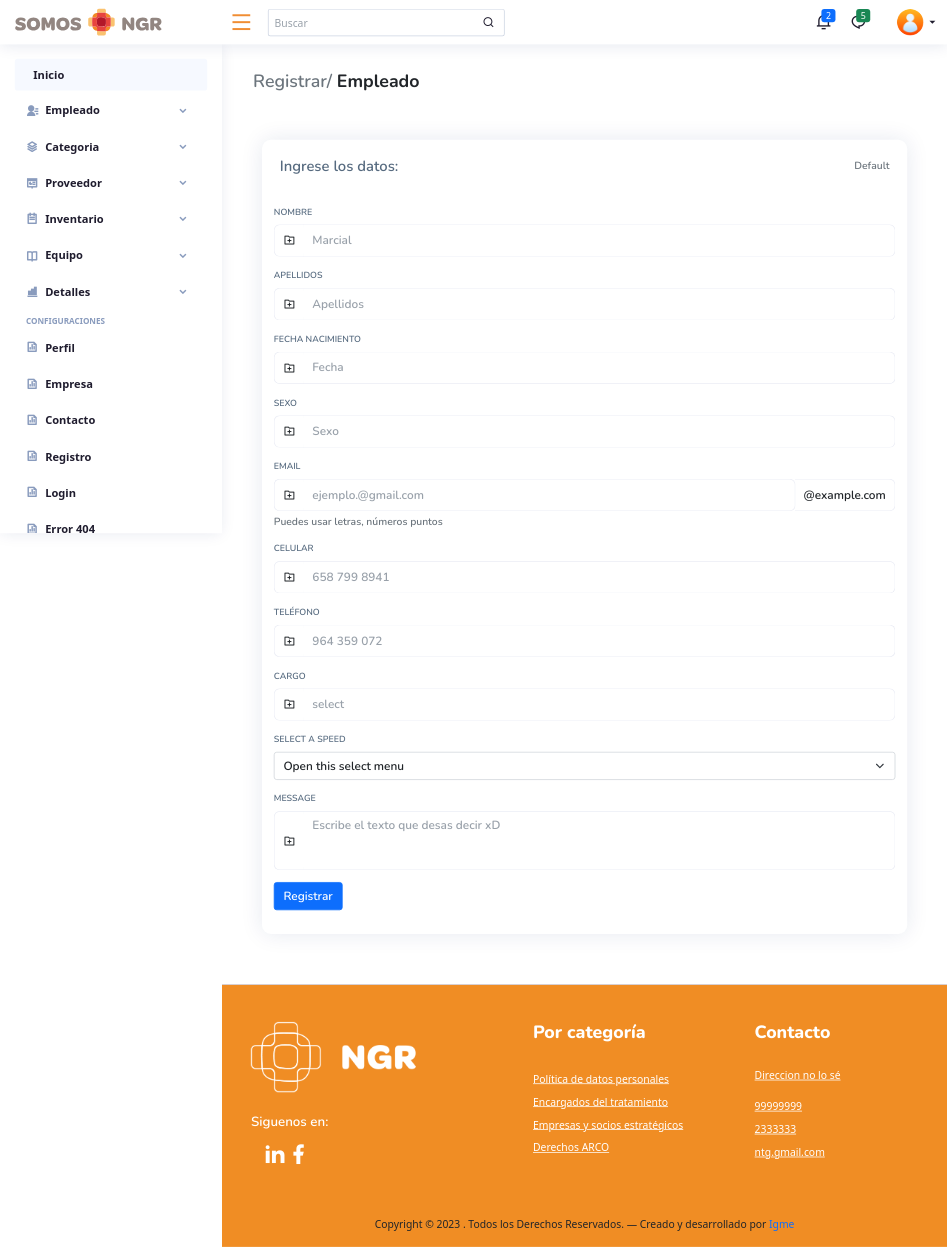
Repository: igmeMarcial/ProyectoLP-2023
Page: http://localhost/proyectoLP_2023/RegistrarEmpleado.jsp
The author's editor kept a copy of each file at every save. The page is drawn from the files as they stood at one save, then again after the next save.
The browser window is 1280 px wide. The pictures show the whole page, at 74% of full size.
Some web fonts or font styles are not loaded; a fallback is used. The page is served by Tomcat 9. Other server files are loaded and not shown. The template is opened directly, without the code that normally fills it, so the values that code supplies are empty.

Above is the page before, as saved 2023-03-23 18:41:15.

### proyectoLP_2023/WebContent/RegistrarEmpleado.jsp
<%@ page language="java" contentType="text/html; charset=ISO-8859-1"
    pageEncoding="ISO-8859-1"%>
<%@taglib uri="http://java.sun.com/jsp/jstl/core" prefix="c" %>
    <!-- para dar formato a las fechas -->
    <%@taglib uri="http://java.sun.com/jsp/jstl/fmt" prefix="fmt" %>
<!DOCTYPE >
<html>
	<head>
		<meta charset="UTF-8" />
		<meta http-equiv="X-UA-Compatible" content="IE=edge" />
		<meta name="viewport" content="width=device-width, initial-scale=1.0" />
		<link rel="stylesheet" type="text/css" href="./css/nuevoEmpleado.css" />
		<link rel="preconnect" href="https://fonts.googleapis.com" />
		<link rel="preconnect" href="https://fonts.gstatic.com" crossorigin />
		<link href="https://fonts.googleapis.com/css2?family=Playball&display=swap" rel="stylesheet" />

		<link rel="preconnect" href="https://fonts.googleapis.com" />
		<link rel="preconnect" href="https://fonts.gstatic.com" crossorigin />
		<link href="https://fonts.googleapis.com/css2?family=Nunito:ital,wght@0,600;0,700;0,800;1,700&display=swap" rel="stylesheet" />

		<link rel="preconnect" href="https://fonts.googleapis.com" />
		<link rel="preconnect" href="https://fonts.gstatic.com" crossorigin />
		<link href="https://fonts.googleapis.com/css2?family=Roboto:wght@300;400;500;700;900&display=swap" rel="stylesheet" />
		<link rel="stylesheet" type="text/css" href="./css/main.css" />
		<link href="https://cdn.jsdelivr.net/npm/bootstrap@5.0.2/dist/css/bootstrap.min.css" rel="stylesheet" integrity="sha384-EVSTQN3/azprG1Anm3QDgpJLIm9Nao0Yz1ztcQTwFspd3yD65VohhpuuCOmLASjC" crossorigin="anonymous" />
		<link href="https://cdn.jsdelivr.net/npm/remixicon@2.5.0/fonts/remixicon.css" rel="stylesheet" />

		<link rel="stylesheet" href="//code.jquery.com/ui/1.13.2/themes/base/jquery-ui.css">
		  <link rel="stylesheet" href="/resources/demos/style.css">
		  <script src="https://code.jquery.com/jquery-3.6.0.js"></script>
		  <script src="https://code.jquery.com/ui/1.13.2/jquery-ui.js"></script>
		  <script>
		  $( function() {
		    $( "#fechaNacimiento" ).datepicker();
		    $( "#menuSelect" ).selectmenu();
		  } );
		  </script>
		<title>Principal</title>
	</head>
	<body>
		<!-- ======= Header(Cabezera) ======= -->
		<header id="header" class="header fixed-top d-flex align-items-center">
			<div class="d-flex align-items-center justify-content-between">
				<a href="Main.jsp" class="logo d-flex align-items-center text-decoration-none">
					<img class="logoImg1 d-none d-lg-block" src="./img/logo-somosngr.svg" alt="" />
					<img class="logoImg2 d-block d-lg-none" src="./img/logo-ngr.png" alt="" />
					<span class="d-none d-lg-block"></span>
				</a>
				<i class="ri-menu-line toggle-sidebar-btn"></i>
			</div>
			<!-- Fin Logo -->
			<!-- Input para Buscar jeje-->
			<div class="search-bar">
				<form class="search-form d-flex align-items-center my-auto" method="POST" action="#">
					<input type="text" name="query" placeholder="Buscar" title="Enter search keyword" />
					<button type="submit" title="Buscar"><i class="ri-search-line"></i></button>
				</form>
			</div>
			<!-- Fin Buscar  -->

			<nav class="header-nav ms-auto">
				<ul class="d-flex align-items-center">
					<li class="nav-item d-block d-lg-none">
						<a class="nav-link nav-icon search-bar-toggle p-0" href="#">
							<i class="ri-search-line"></i>
						</a>
					</li>
					<!-- Fin Buscar Icon-->

					<li class="nav-item dropdown">
						<a class="nav-link nav-icon p-0" href="#" data-bs-toggle="dropdown" id="noti" aria-expanded="false">
							<i class="ri-notification-3-line"></i>
							<span class="badge bg-primary badge-number">2</span>
						</a>
						<!-- End Notification Icon -->
						<ul class="dropdown-menu dropdown-menu-end dropdown-menu-arrow notificaciones" aria-labelledby="noti">
							<li><a class="dropdown-item" href="#">Action</a></li>
							<li><a class="dropdown-item" href="#">Another action</a></li>
							<li><a class="dropdown-item" href="#">Something else here</a></li>
						</ul>
						<!-- Final notificación Dropdown Items -->
					</li>
					<!-- Final Notification Nav -->

					<li class="nav-item dropdown">
						<a class="nav-link nav-icon p-0" href="#" data-bs-toggle="dropdown">
							<i class="ri-chat-1-line"></i>
							<span class="badge bg-success badge-number">5</span>
						</a>
						<!-- Final mensajes Icon -->

						<ul class="dropdown-menu dropdown-menu-end dropdown-menu-arrow messages">
							<li><a class="dropdown-item" href="#">Action</a></li>
							<li><a class="dropdown-item" href="#">Another action</a></li>
							<li><a class="dropdown-item" href="#">Something else here</a></li>
						</ul>
						<!-- Final Mensajes Dropdown Items -->
					</li>
					<!--Final Mensajes Nav -->

					<li class="nav-item dropdown pe-3">
						<a class="nav-link nav-profile d-flex align-items-center pe-0" href="#" data-bs-toggle="dropdown">
							<img src="./img/userImg.png" alt="Profile" class="rounded-circle" />
							<span class="d-none d-md-block dropdown-toggle ps-2">${user}</span>
						</a>
						<!-- End Profile Iamge Icon -->

						<ul class="dropdown-menu dropdown-menu-end dropdown-menu-arrow profile">
							<li class="dropdown-header">
								<h6>${user}</h6>
								<span>${email}</span>
							</li>
							<li>
								<hr class="dropdown-divider" />
							</li>

							<li>
								<a class="dropdown-item d-flex align-items-center" href="perfil.jsp">
									<i class="ri-settings-2-line"></i>
									<span>My Perfil</span>
								</a>
							</li>
							<li>
								<hr class="dropdown-divider" />
							</li>

							<li>
								<a class="dropdown-item d-flex align-items-center" href="perfil.jsp">
									<i class="ri-settings-2-line"></i>
									<span>Configuración</span>
								</a>
							</li>
							<li>
								<hr class="dropdown-divider" />
							</li>

							<li>
								<a class="dropdown-item d-flex align-items-center" href="perfil.jsp">
									<i class="ri-settings-2-line"></i>
									<span>Ayuda?</span>
								</a>
							</li>
							<li>
								<hr class="dropdown-divider" />
							</li>

							<li>
								<a class="dropdown-item d-flex align-items-center" href="ControladorUsuario?accion=Salir">
									<i class="ri-settings-2-line"></i>
									<span>Salir</span>
								</a>
							</li>
						</ul>
						<!-- Final Perfil Dropdown Items -->
					</li>
					<!--Final Profile Nav -->
				</ul>
			</nav>
			<!-- Final Icons Navigation -->
		</header>

		<!-- Final Header -->
		<aside id="sidebar" class="sidebar">
			<ul class="sidebar-nav" id="sidebar-nav">
				<li class="nav-item">
					<a class="nav-link" href="Main.jsp">
						<i class="bi bi-grid"></i>
						<span>Inicio</span>
					</a>
				</li>
				<!-- final Dashboard Nav -->

				<li class="nav-item">
					<a class="nav-link collapsed" data-bs-target="#employes-nav" data-bs-toggle="collapse" href="#"> <i class="ri-contacts-fill"></i><span>Empleado</span><i class="ri-arrow-down-s-line ms-auto"></i> </a>
					<ul id="employes-nav" class="nav-content collapse" data-bs-parent="#sidebar-nav">
						<li>
							<a href="ControladorCrud?accion=registrarEmpleado"> <i class="ri-group-fill"></i><span>Agregar Nuevo Empleado</span> </a>
						</li>
						<li>
							<a href="ControladorCrud?accion=listarEmpleados"> <i class="ri-group-fill"></i><span>Listar Empleados</span> </a>
						</li>
					</ul>
				</li>
				<!-- Final componentes Nav -->

				<li class="nav-item">
					<a class="nav-link collapsed" data-bs-target="#category-nav" data-bs-toggle="collapse" href="#"> <i class="ri-stack-line"></i><span>Categoria</span><i class="ri-arrow-down-s-line ms-auto"></i> </a>
					<ul id="category-nav" class="nav-content collapse" data-bs-parent="#sidebar-nav">
						<li>
							<a href="#"> <i class="bi bi-circle"></i><span>Agregar nuevo Categoria</span> </a>
						</li>
						<li>
							<a href="#"> <i class="bi bi-circle"></i><span>Listar Categorias</span> </a>
						</li>
					</ul>
				</li>
				<!-- Final Formulario Nav -->

				<li class="nav-item">
					<a class="nav-link collapsed" data-bs-target="#provaider-nav" data-bs-toggle="collapse" href="#"> <i class="ri-slideshow-line"></i><span>Proveedor</span><i class="ri-arrow-down-s-line ms-auto"></i> </a>
					<ul id="provaider-nav" class="nav-content collapse" data-bs-parent="#sidebar-nav">
						<li>
							<a href="#"> <i class="bi bi-circle"></i><span>Agregar nuevo Proveedor</span> </a>
						</li>
						<li>
							<a href="#"> <i class="bi bi-circle"></i><span>Listar Proveedores</span> </a>
						</li>
					</ul>
				</li>
				<!-- End Tables Nav -->

				<li class="nav-item">
					<a class="nav-link collapsed" data-bs-target="#inventory-nav" data-bs-toggle="collapse" href="#"> <i class="ri-todo-line"></i><span>Inventario</span><i class="ri-arrow-down-s-line ms-auto"></i> </a>
					<ul id="inventory-nav" class="nav-content collapse" data-bs-parent="#sidebar-nav">
						<li>
							<a href="#"> <i class="bi bi-circle"></i><span>Agregar Inventario Nuevo</span> </a>
						</li>
						<li>
							<a href="#"> <i class="bi bi-circle"></i><span>Listar Inventarios</span> </a>
						</li>
					</ul>
				</li>
				<!-- End Charts Nav -->

				<li class="nav-item">
					<a class="nav-link collapsed" data-bs-target="#team-nav" data-bs-toggle="collapse" href="#"> <i class="ri-book-open-line"></i><span>Equipo</span><i class="ri-arrow-down-s-line ms-auto"></i> </a>
					<ul id="team-nav" class="nav-content collapse" data-bs-parent="#sidebar-nav">
						<li>
							<a href="icons-bootstrap.html"> <i class="bi bi-circle"></i><span>Agregar nuevo Equipo</span> </a>
						</li>
						<li>
							<a href="icons-remix.html"> <i class="bi bi-circle"></i><span>Listar Equipos</span> </a>
						</li>
					</ul>
				</li>
				<!-- Final iconos Nav -->
				<li class="nav-item">
					<a class="nav-link collapsed" data-bs-target="#details-nav" data-bs-toggle="collapse" href="#"> <i class="ri-numbers-line"></i><span>Detalles</span><i class="ri-arrow-down-s-line ms-auto"></i> </a>
					<ul id="details-nav" class="nav-content collapse" data-bs-parent="#sidebar-nav">
						<li>
							<a href="icons-bootstrap.html"> <i class="bi bi-circle"></i><span>Entradas</span> </a>
						</li>
						<li>
							<a href="icons-remix.html"> <i class="bi bi-circle"></i><span>Salidas</span> </a>
						</li>
					</ul>
				</li>
				<!-- Final iconos Nav -->

				<li class="nav-heading">Configuraciones</li>

				<li class="nav-item">
					<a class="nav-link collapsed" href="perfil.jsp">
						<i class="ri-file-chart-line"></i>
						<span>Perfil</span>
					</a>
				</li>
				<!-- Final Profile Page Nav -->

				<li class="nav-item">
					<a class="nav-link collapsed" href="#">
						<i class="ri-file-chart-line"></i>
						<span>Empresa</span>
					</a>
				</li>
				<!-- End F.A.Q Page Nav -->

				<li class="nav-item">
					<a class="nav-link collapsed" href="#">
						<i class="ri-file-chart-line"></i>
						<span>Contacto</span>
					</a>
				</li>
				<!-- Final Contact Page Nav -->

				<li class="nav-item">
					<a class="nav-link collapsed" href="#">
						<i class="ri-file-chart-line"></i>
						<span>Registro</span>
					</a>
				</li>
				<!-- Final Registro Page Nav -->

				<li class="nav-item">
					<a class="nav-link collapsed" href="#">
						<i class="ri-file-chart-line"></i>
						<span>Login</span>
					</a>
				</li>
				<!-- Final Login Page Nav -->

				<li class="nav-item">
					<a class="nav-link collapsed" href="#">
						<i class="ri-file-chart-line"></i>
						<span>Error 404</span>
					</a>
				</li>
			</ul>
		</aside>

		<!-- Final Sidebar-->
		<!-- ======= Contenido principal======= -->
<main id="main" class="main main-nuevoEmpleado">
	<div class="content-wrapper">
		<div class="container-xxl flex-grow-1 container-p-y">
			<h4 class="fw-bold py-3 mb-4"><span class="text-muted fw-light">Registrar/</span> Empleado</h4>
			<div class="container-fluid py-4 responsive-container">
				<div class="row">
					<div class="col-xl">
						<div class="card mb-4">
							<div class="card-header d-flex justify-content-between align-items-center formHeader">
								<h5 class="mb-0">Ingrese los datos:</h5>
								<small class="text-muted float-end">Default</small>
							</div>
							<div class="card-body">
								<form>
									<div class="mb-3">
										<label class="form-label" for="basic-icon-default-fullname">Nombre</label>
										<div class="input-group input-group-merge">
											<span id="basic-icon-default-fullname2" class="input-group-text labelCustom borderColorInput"><i class="ri-folder-add-line"></i></span>
											<input type="text" class="form-control inputCustom borderColorInput" id="basic-icon-default-fullname" placeholder="Marcial" aria-label="John Doe" aria-describedby="basic-icon-default-fullname2" />
										</div>
									</div>
									<div class="mb-3">
										<label class="form-label" for="basic-icon-default-fullname">Apellidos</label>
										<div class="input-group input-group-merge">
											<span id="basic-icon-default-fullname2" class="input-group-text labelCustom borderColorInput"><i class="ri-folder-add-line"></i></span>
											<input type="text" class="form-control inputCustom borderColorInput" id="basic-icon-default-fullname" placeholder="Apellidos" aria-label="apellido" aria-describedby="basic-icon-default-fullname2" />
										</div>
									</div>
									<div class="mb-3">
										<label class="form-label" for="basic-icon-default-company">Fecha Nacimiento</label>
										<div class="input-group input-group-merge">
											<span id="basic-icon-default-company2" class="input-group-text labelCustom borderColorInput" ><i class="ri-folder-add-line"></i></span>
											<input type="text" id="fechaNacimiento" class="form-control inputCustom borderColorInput" placeholder="Fecha" aria-label="ACME Inc." aria-describedby="basic-icon-default-company2" />
										</div>
									</div>
									<div class="mb-3" id="">
										<label class="form-label" for="basic-icon-default-company">Sexo</label>
										<div class="input-group input-group-merge">
											<span id="basic-icon-default-company2" class="input-group-text labelCustom borderColorInput"><i class="ri-folder-add-line"></i></span>
											<input type="text" id="basic-icon-default-company" class="form-control inputCustom borderColorInput" placeholder="Sexo" aria-label="ACME Inc." aria-describedby="basic-icon-default-company2" />
										</div>
									</div>
									<div class="mb-3">
										<label class="form-label" for="basic-icon-default-email">Email</label>
										<div class="input-group input-group-merge">
											<span class="input-group-text labelCustom borderColorInput"><i class="ri-folder-add-line"></i></span>
											<input type="text" id="default-email" class="form-control inputCustom borderColorInput" placeholder="ejemplo.@gmail.com" aria-label="john.doe" aria-describedby="basic-icon-default-email2" />
											<span id="basic-icon-default-email2" class="input-group-text labelCustomEmail borderColorInput">@example.com</span>
										</div>
										<div class="form-text">Puedes usar letras, números puntos</div>
									</div>
									<div class="mb-3">
										<label class="form-label" for="basic-icon-default-phone labelCustom" >Celular</label>
										<div class="input-group input-group-merge">
											<span id="basic-icon-default-phone2" class="input-group-text labelCustom borderColorInput"><i class="ri-folder-add-line"></i></span>
											<input type="text" id="basic-icon-default-phone" class="form-control phone-mask inputCustom borderColorInput" placeholder="658 799 8941" aria-label="658 799 8941" aria-describedby="basic-icon-default-phone2" />
										</div>
									</div>
									<div class="mb-3">
										<label class="form-label" for="basic-icon-default-phone labelCustom">Teléfono</label>
										<div class="input-group input-group-merge">
											<span id="basic-icon-default-phone2" class="input-group-text labelCustom borderColorInput"><i class="ri-folder-add-line"></i></span>
											<input type="text" id="basic-icon-default-phone" class="form-control phone-mask inputCustom borderColorInput" placeholder="964 359 072" aria-label="658 799 8941" aria-describedby="basic-icon-default-phone2" />
										</div>
									</div>
									<div class="mb-3">
										<label class="form-label" for="basic-icon-default-phone labelCustom">Cargo</label>
										<div class="input-group input-group-merge">
											<span id="basic-icon-default-phone2" class="input-group-text labelCustom borderColorInput"><i class="ri-folder-add-line"></i></span>
											<input type="text" id="basic-icon-default-phone" class="form-control phone-mask inputCustom borderColorInput" placeholder="select" aria-label="658 799 8941" aria-describedby="basic-icon-default-phone2" />
										</div>
									</div>
									<div class="mb-3">
										<label class="form-label" for="speed">Select a speed</label>
									    <select class="form-select" aria-label="Default select example">
											  <option selected>Open this select menu</option>
											  <option value="1">One</option>
											  <option value="2">Two</option>
											  <option value="3">Three</option>
										</select>
									</div>

									<div class="mb-3">
										<label class="form-label" for="basic-icon-default-message ">Message</label>
										<div class="input-group input-group-merge">
											<span id="basic-icon-default-message2" class="input-group-text labelCustom borderColorInput" ><i class="ri-folder-add-line"></i></span>
											<textarea
												id="basic-icon-default-message"
												class="form-control inputCustom borderColorInput"
												placeholder="Escribe el texto que desas decir xD"
												aria-label="Hi, Do you have a moment to talk Joe?"
												aria-describedby="basic-icon-default-message2"
											></textarea>
										</div>
									</div>
									<button type="submit" class="btn btn-primary">Registrar</button>
								</form>
							</div>
						</div>
					</div>

				</div>
			</div>
		</div>
	</div>
</main>



		<!-- ======= Footer ======= -->

		<footer id="footer" class="footer">
			<div class="site-footer">
				<div class="container">
					<div class="row justify-content-around">
						<div class="col-lg-4">
							<div class="widget">
								<img src="./img/logo-ngr-white.png" />
							</div>
							<!-- /.widget -->
							<div class="widget socialContent">
								<h3>Siguenos en:</h3>
								<div class="social d-flex justify-content-start align-items-center px-3">
									<div>
										<a><i class="ri-linkedin-fill"></i></a>
									</div>
									<div>
										<a><i class="ri-facebook-fill"></i></a>
									</div>
								</div>
							</div>
							<!-- /.widget -->
						</div>
						<!-- /.col-lg-3 -->

						<div class="col-lg-3 ml-auto">
							<div class="widget text-start link-container-footer">
								<h3 class="footer-subTitle">Por categoría</h3>
								<ul class="list-unstyled float-left links">
									<li><a class="links" href="#">Política de datos personales</a></li>
									<li><a class="links" href="#"> Encargados del tratamiento</a></li>
									<li><a class="links" href="#">Empresas y socios estratégicos</a></li>
									<li><a class="links" href="#">Derechos ARCO</a></li>
								</ul>
							</div>
							<!-- /.widget -->
						</div>
						<!-- /.col-lg-3 -->

						<div class="col-lg-3">
							<div class="widget text-start">
								<h3 class="footer-subTitle">Contacto</h3>
								<address class="links">Direccion no lo sé</address>
								<ul class="list-unstyled links mb-4">
									<li><a class="links" href="#">99999999</a></li>
									<li><a class="links" href="#">2333333</a></li>
									<li><a class="links" href="#">ntg.gmail.com</a></li>
								</ul>
							</div>
							<!-- /.widget -->
						</div>
						<!-- /.col-lg-3 -->
					</div>
					<!-- /.row -->

					<div class="row mt-5">
						<div class="col-12 text-center">
							<p class="mb-0">
								Copyright &copy;
								<script>
									document.write(new Date().getFullYear());
								</script>
								. Todos los Derechos Reservados. &mdash; Creado y desarrollado por <a href="#">Igme</a>
								<!-- License information: igmreGroup -->
							</p>
						</div>
					</div>
					<!-- /.container -->
				</div>
				<!-- /.site-footer -->
			</div>
		</footer>
		<!-- End Footer -->

		<a href="#" class="back-to-top d-flex align-items-center justify-content-center"><i class="bi bi-arrow-up-short"></i></a>
		<!-- Sistema JS Files -->

		<script src="https://cdn.jsdelivr.net/npm/bootstrap@5.0.2/dist/js/bootstrap.bundle.min.js" integrity="sha384-MrcW6ZMFYlzcLA8Nl+NtUVF0sA7MsXsP1UyJoMp4YLEuNSfAP+JcXn/tWtIaxVXM" crossorigin="anonymous"></script>
		<script src="./script/main.js" type="text/javascript"></script>
	</body>
</html>

### proyectoLP_2023/WebContent/css/style.css
@font-face{
    font-family: myFont;
     src: url(./fonts/Degarism\ Studio\ -\ Alliance\ No.1\ Light.otf);
  }
html,body {
	height: 100%;
}

body.my-login-page {
	background-color: #f7f9fb;
	font-size: 14px;
	font-family: 'Roboto', sans-serif;
}


.my-login-page .brand {
	width: 90px;
	height: 90px;
	overflow: hidden;
	border-radius: 50%;
	margin: 40px auto;
	box-shadow: 0 4px 8px rgba(0,0,0,.05);
	position: relative;
	z-index: 1;
}

.my-login-page .brand img {
	width: 100%;
}

.my-login-page .card-wrapper {
	width: 400px;
}

.my-login-page .card {
	border-color: transparent;
	box-shadow: 0 4px 8px rgba(0,0,0,.05);
}

.my-login-page .card.fat {
	padding: 10px;
}

.my-login-page .card .card-title {
	margin-bottom: 30px;
}

.my-login-page .form-control {
	border-width: 2.3px;
}

.my-login-page .form-group label {
	width: 100%;
}

.my-login-page .btn.btn-block {
	padding: 12px 10px;
}

.my-login-page .footer {
	margin: 40px 0;
	color: #888;
	text-align: center;
}

@media screen and (max-width: 425px) {
	.my-login-page .card-wrapper {
		width: 90%;
		margin: 0 auto;
	}
}

@media screen and (max-width: 320px) {
	.my-login-page .card.fat {
		padding: 0;
		max
	}

	.my-login-page .card.fat .card-body {
		padding: 15px;
	}
}

Loaded but not shown: proyectoLP_2023/WebContent/img/logo-somosngr.svg (22 lines, source omitted); proyectoLP_2023/WebContent/script/main.js (27 lines, source omitted); proyectoLP_2023/WebContent/css/main.css (1076 lines, source omitted); proyectoLP_2023/WebContent/css/nuevoEmpleado.css (195 lines, source omitted)

After the next save:
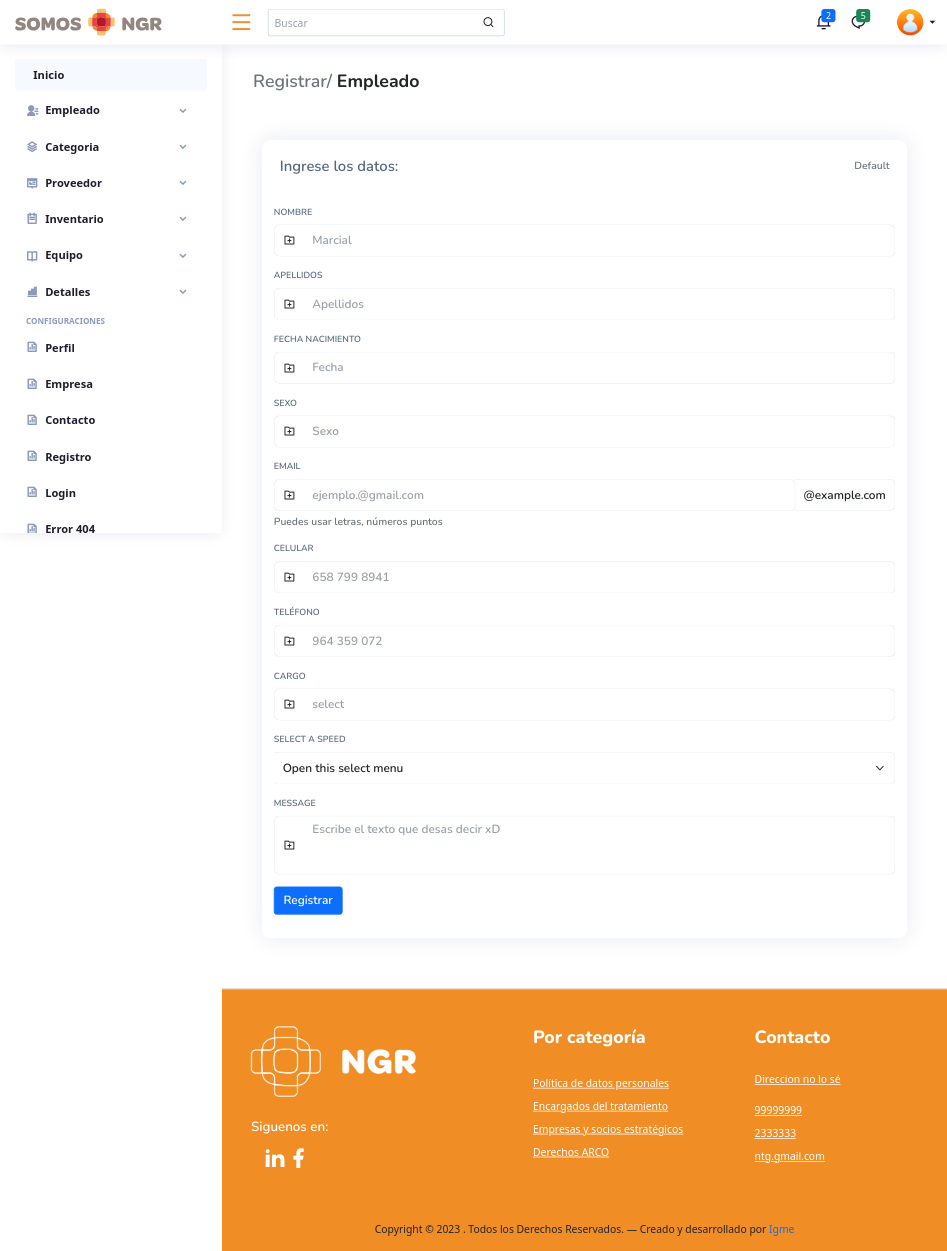
Saved 84 s later.
--- a/proyectoLP_2023/WebContent/RegistrarEmpleado.jsp
+++ b/proyectoLP_2023/WebContent/RegistrarEmpleado.jsp
@@ -373,8 +373,8 @@
 										</div>
 									</div>
 									<div class="mb-3">
-										<label class="form-label" for="speed">Select a speed</label>
-									    <select class="form-select" aria-label="Default select example">
+										<label class="form-label " for="speed">Select a speed</label>
+									    <select class="form-select inputCustom borderColorInput" aria-label="Default select example">
 											  <option selected>Open this select menu</option>
 											  <option value="1">One</option>
 											  <option value="2">Two</option>
